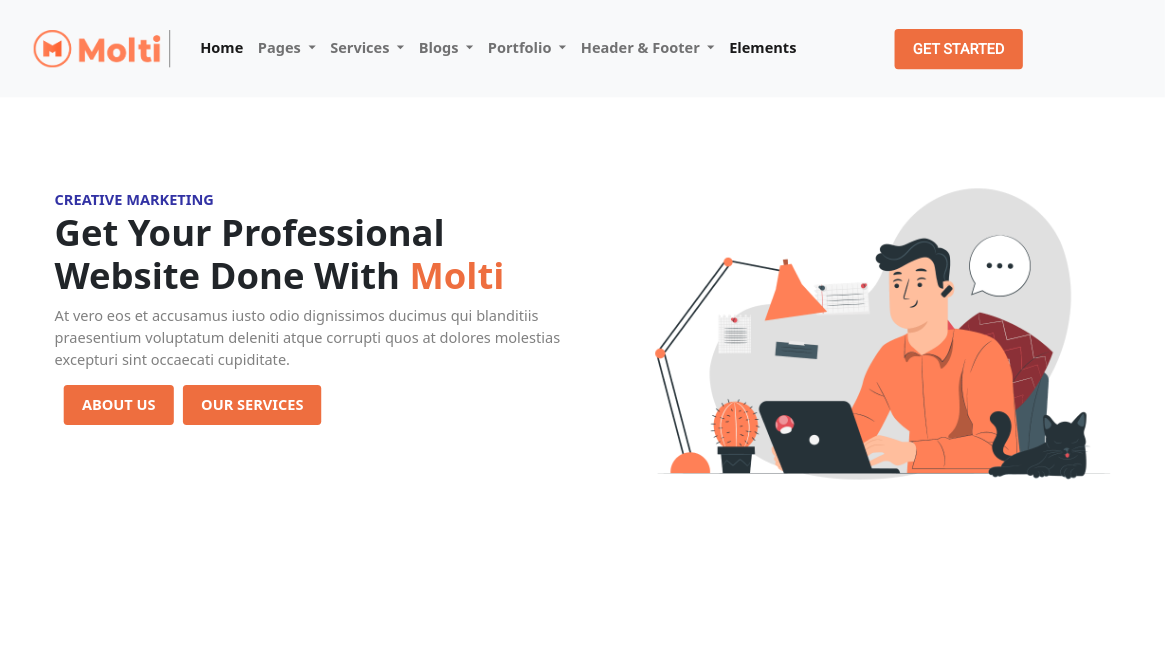
Repository: meherujjahan/Molti-website
Page: index.html
The author's editor kept a copy of each file at every save. The page is drawn from the files as they stood at one save, then again after the next save.
The browser window is 1280 px wide. The pictures show the whole page, at 91% of full size.

Above is the page before, as saved 2022-03-08 19:29:45.

### index.html
<!DOCTYPE html>
<html lang="en">
  <head>
    <meta charset="UTF-8" />
    <meta http-equiv="X-UA-Compatible" content="IE=edge" />
    <meta name="viewport" content="width=device-width, initial-scale=1.0" />

    <!-- bootstrap stylesheet -->
    <link
      href="https://cdn.jsdelivr.net/npm/bootstrap@5.1.3/dist/css/bootstrap.min.css"
      rel="stylesheet"
      integrity="sha384-1BmE4kWBq78iYhFldvKuhfTAU6auU8tT94WrHftjDbrCEXSU1oBoqyl2QvZ6jIW3"
      crossorigin="anonymous"
    />
    <!-- google font  -->
    <style>
      @import url("https://fonts.googleapis.com/css2?family=Roboto&display=swap");
    </style>
    <!-- CSS styleSheet -->
    <link rel="stylesheet" href="myStyle.css" />
    <title>Molti Wesite</title>
  </head>
  <body>
    <header>
      <div className="header">
        <div>
          <nav class="navbar navbar-expand-lg fw-bold navbar-light bg-light">
            <div class="container-fluid">
              <img class="logo-img" src="/Image/Molti-Logo.png" alt="" />
              <button
                class="navbar-toggler"
                type="button"
                data-bs-toggle="collapse"
                data-bs-target="#navbarNavDropdown"
                aria-controls="navbarNavDropdown"
                aria-expanded="false"
                aria-label="Toggle navigation"
              >
                <span class="navbar-toggler-icon"></span>
              </button>
              <div class="collapse navbar-collapse" id="navbarNavDropdown">
                <ul class="navbar-nav">
                  <li class="nav-item">
                    <a class="nav-link active" aria-current="page" href="#"
                      >Home</a
                    >
                  </li>
                  <li class="nav-item dropdown">
                    <a
                      class="nav-link dropdown-toggle"
                      href="#"
                      id="navbarDropdownMenuLink1"
                      role="button"
                      data-bs-toggle="dropdown"
                      aria-expanded="false"
                    >
                      Pages
                    </a>
                    <ul
                      class="dropdown-menu"
                      aria-labelledby="navbarDropdownMenuLink"
                    >
                      <li><a class="dropdown-item" href="#">Action</a></li>
                      <li>
                        <a class="dropdown-item" href="#">Another action</a>
                      </li>
                      <li>
                        <a class="dropdown-item" href="#"
                          >Something else here</a
                        >
                      </li>
                    </ul>
                  </li>
                  <li class="nav-item dropdown">
                    <a
                      class="nav-link dropdown-toggle"
                      href="#"
                      id="navbarDropdownMenuLink2"
                      role="button"
                      data-bs-toggle="dropdown"
                      aria-expanded="false"
                    >
                      Services
                    </a>
                    <ul
                      class="dropdown-menu"
                      aria-labelledby="navbarDropdownMenuLink"
                    >
                      <li><a class="dropdown-item" href="#">Action</a></li>
                      <li>
                        <a class="dropdown-item" href="#">Another action</a>
                      </li>
                      <li>
                        <a class="dropdown-item" href="#"
                          >Something else here</a
                        >
                      </li>
                    </ul>
                  </li>
                  <li class="nav-item dropdown">
                    <a
                      class="nav-link dropdown-toggle"
                      href="#"
                      id="navbarDropdownMenuLink3"
                      role="button"
                      data-bs-toggle="dropdown"
                      aria-expanded="false"
                    >
                      Blogs
                    </a>
                    <ul
                      class="dropdown-menu"
                      aria-labelledby="navbarDropdownMenuLink"
                    >
                      <li><a class="dropdown-item" href="#">Action</a></li>
                      <li>
                        <a class="dropdown-item" href="#">Another action</a>
                      </li>
                      <li>
                        <a class="dropdown-item" href="#"
                          >Something else here</a
                        >
                      </li>
                    </ul>
                  </li>
                  <li class="nav-item dropdown">
                    <a
                      class="nav-link dropdown-toggle"
                      href="#"
                      id="navbarDropdownMenuLink4"
                      role="button"
                      data-bs-toggle="dropdown"
                      aria-expanded="false"
                    >
                      Portfolio
                    </a>
                    <ul
                      class="dropdown-menu"
                      aria-labelledby="navbarDropdownMenuLink"
                    >
                      <li><a class="dropdown-item" href="#">Action</a></li>
                      <li>
                        <a class="dropdown-item" href="#">Another action</a>
                      </li>
                      <li>
                        <a class="dropdown-item" href="#"
                          >Something else here</a
                        >
                      </li>
                    </ul>
                  </li>
                  <li class="nav-item dropdown">
                    <a
                      class="nav-link dropdown-toggle"
                      href="#"
                      id="navbarDropdownMenuLink5"
                      role="button"
                      data-bs-toggle="dropdown"
                      aria-expanded="false"
                    >
                      Header & Footer
                    </a>
                    <ul
                      class="dropdown-menu"
                      aria-labelledby="navbarDropdownMenuLink"
                    >
                      <li><a class="dropdown-item" href="#">Action</a></li>
                      <li>
                        <a class="dropdown-item" href="#">Another action</a>
                      </li>
                      <li>
                        <a class="dropdown-item" href="#"
                          >Something else here</a
                        >
                      </li>
                    </ul>
                  </li>
                  <li class="nav-item">
                    <a class="nav-link active" aria-current="page" href="#"
                      >Elements</a
                    >
                  </li>
                  <li>
                    <button class="btn">GET STARTED</button>
                  </li>
                </ul>
              </div>
            </div>
          </nav>
        </div>
      </div>
    </header>
    <main>
      <!-- Banner section -->
      <section>
        <div class="Banner">
          <div class="Banner-text">
            <b>CREATIVE MARKETING</b>
            <h1>
              Get Your Professional <br />
              Website Done With <span>Molti</span>
            </h1>
            <p>
              At vero eos et accusamus iusto odio dignissimos ducimus qui
              blanditiis <br />
              praesentium voluptatum deleniti atque corrupti quos at dolores
              molestias <br />
              excepturi sint occaecati cupiditate.
            </p>
            <div class="Banner-btn">
              <button>ABOUT US</button><button>OUR SERVICES</button>
            </div>
          </div>
          <div>
            <img
              class="Banner-img"
              src="Image/Hero-Illustration-Molti.png"
              alt=""
            />
          </div>
        </div>
      </section>
    </main>
  </body>
</html>

### myStyle.css
/* ------------
header section
--------------*/
.header {
  font-family: "Roboto", sans-serif;
}
.logo-img {
  width: 150px;
  margin: 25px;
  padding-right: 10px;
  border-right: 1px solid gray;
}
.btn {
  font-family: "Roboto", sans-serif;
  margin-left: 100px;
  background-color: rgb(238, 110, 63);
  border: none;
  border-radius: 4px;
  padding: 10px;
  padding-left: 20px;
  padding-right: 20px;
  color: white;
  font-weight: 700;
}
/* -------------
              Banner  section
              --------------*/
.Banner {
  display: flex;
  justify-content: space-between;
  padding: 60px;
  margin-top: 40px;
}
.Banner-text {
  text-align: left;
}
.Banner-text span {
  color: rgb(238, 110, 63);
}
.Banner-text b {
  color: rgba(19, 19, 150, 0.87);
}
.Banner-text h1 {
  font-weight: 700;
}
.Banner-text p {
  color: gray;
}

.Banner-img {
  width: 500px;
}
.Banner-btn {
  display: flex;
  justify-content: flex-start;
}
.Banner-btn button {
  margin-left: 10px;
  background-color: rgb(238, 110, 63);
  border: none;
  border-radius: 4px;
  padding: 10px;
  padding-left: 20px;
  padding-right: 20px;
  color: white;
  font-weight: 700;
}
/* services section */
.services {
  margin: 50px;
}
.service-text {
  align-items: center;
  padding: 20px;
}
.service-text p {
  color: gray;
  font-weight: 400;
}
.service-text h1 {
  /* font-weight: 500; */
  font-size: 50px;
}
.service-text span {
  color: rgb(253, 114, 64);
}
.service-card {
  display: flex;
  justify-content: space-around;
}

.single-card img {
  width: 120px;
  padding: 20px;
}
.single-card h3 {
  color: rgb(253, 114, 64);
  font-weight: 500;
}
/* .service-card :hover {
  padding: 10px;
  border: 3px solid rgb(253, 114, 64);
  border-radius: 5px;
} */
.icon {
  color: rgb(253, 114, 64);
  font-size: 50px;
}

After the next save:
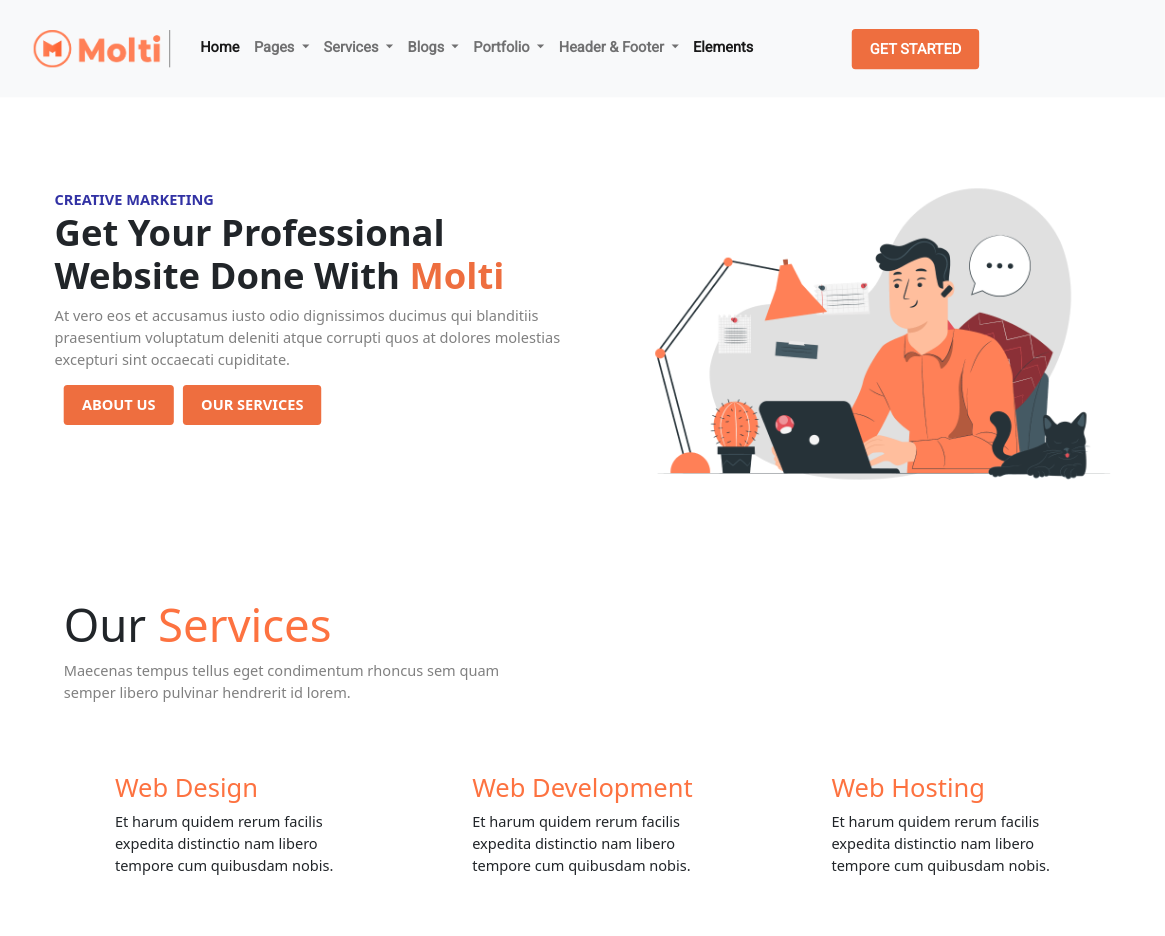
Not found: {webImg1}
Not found: {webImg2}
Not found: {webImg3}
Saved 3 s later.
--- a/index.html
+++ b/index.html
@@ -22,7 +22,7 @@
   </head>
   <body>
     <header>
-      <div className="header">
+      <div class="header">
         <div>
           <nav class="navbar navbar-expand-lg fw-bold navbar-light bg-light">
             <div class="container-fluid">
@@ -220,6 +220,49 @@
           </div>
         </div>
       </section>
+      <!-- services section -->
+      <div class="services">
+        <div class="service-text">
+          <h1>Our <span>Services</span></h1>
+          <p>
+            Maecenas tempus tellus eget condimentum rhoncus sem quam <br />
+            semper libero pulvinar hendrerit id lorem.
+          </p>
+        </div>
+
+        <div class="service-card">
+          <div class="single-card">
+            <img src="{webImg1}" alt="" />
+            <h3>Web Design</h3>
+            <p>
+              Et harum quidem rerum facilis <br />
+              expedita distinctio nam libero <br />
+              tempore cum quibusdam nobis.
+            </p>
+            <i class="fa-solid icon fa-arrow-right-long"></i>
+          </div>
+          <div class="single-card">
+            <img src="{webImg2}" alt="" />
+            <h3>Web Development</h3>
+            <p>
+              Et harum quidem rerum facilis <br />
+              expedita distinctio nam libero <br />
+              tempore cum quibusdam nobis.
+            </p>
+            <i class="fa-solid icon fa-arrow-right-long"></i>
+          </div>
+          <div class="single-card">
+            <img src="{webImg3}" alt="" />
+            <h3>Web Hosting</h3>
+            <p>
+              Et harum quidem rerum facilis <br />
+              expedita distinctio nam libero <br />
+              tempore cum quibusdam nobis.
+            </p>
+            <i class="fa-solid icon fa-arrow-right-long"></i>
+          </div>
+        </div>
+      </div>
     </main>
   </body>
 </html>

After the save that followed:
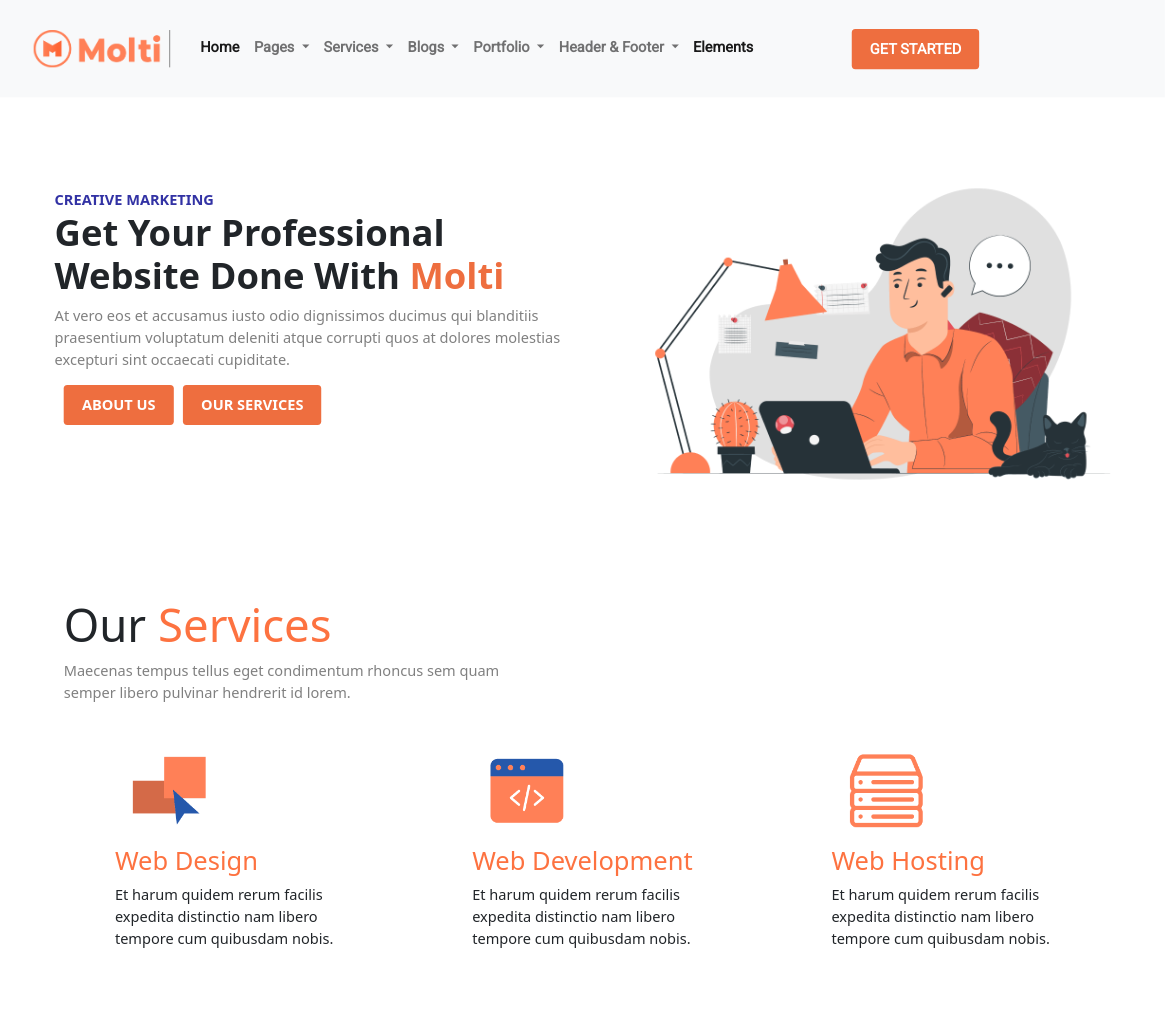
Saved 3 min 41 s later.
--- a/index.html
+++ b/index.html
@@ -232,7 +232,7 @@
 
         <div class="service-card">
           <div class="single-card">
-            <img src="{webImg1}" alt="" />
+            <img src="/Image/Web-Design.png" alt="" />
             <h3>Web Design</h3>
             <p>
               Et harum quidem rerum facilis <br />
@@ -242,7 +242,7 @@
             <i class="fa-solid icon fa-arrow-right-long"></i>
           </div>
           <div class="single-card">
-            <img src="{webImg2}" alt="" />
+            <img src="/Image/web-developement.png" alt="" />
             <h3>Web Development</h3>
             <p>
               Et harum quidem rerum facilis <br />
@@ -252,7 +252,7 @@
             <i class="fa-solid icon fa-arrow-right-long"></i>
           </div>
           <div class="single-card">
-            <img src="{webImg3}" alt="" />
+            <img src="/Image/molti-hosting-service.png" alt="" />
             <h3>Web Hosting</h3>
             <p>
               Et harum quidem rerum facilis <br />
